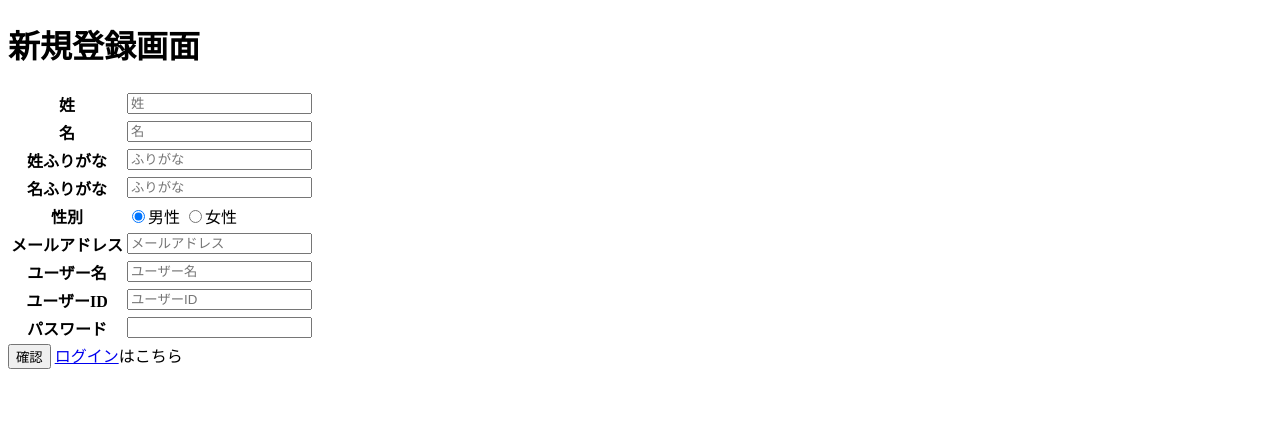
Repository: ryuhei0204/test
Page: http://localhost/Mytest/CreateAction
The author's editor kept a copy of each file at every save. The page is drawn from the files as they stood at one save, then again after the next save.
The browser window is 1280 px wide. The pictures show the whole page.
The page is served by Tomcat 9. Other server files are loaded and not shown.

Above is the page before, as saved 2019-06-28 05:14:59.

### Mytest/WebContent/createUser.jsp
<%@ page language="java" contentType="text/html; charset=UTF-8"
    pageEncoding="UTF-8"%>
<%@ taglib prefix = "s" uri = "/struts-tags" %>
<!DOCTYPE html PUBLIC "-//W3C//DTD HTML 4.01 Transitional//EN" "http://www.w3.org/TR/html4/loose.dtd">
<html>
<head>
<meta http-equiv="Content-Type" content="text/html; charset=UTF-8">
<title>新規登録画面</title>
</head>
<body>
<script src = "./js/button.js"></script>
<h1>新規登録画面</h1>
<s:if test = "!(createError.isEmpty()) && createError != null">
  <s:property value = "createError"/>
</s:if>
<form>
  <table>
     <tr>
        <th>姓</th>
        <td><input type = "text" name = "sei" placeholder = "姓" value = "<s:property value = "sei"/>"/></td>
     </tr>

     <tr>
        <th>名</th>
        <td><input type = "text" name = "mei" placeholder = "名" value = "<s:property value = "mei"/>"/></td>
     </tr>

     <tr>
        <th>姓ふりがな</th>
        <td><input type = "text" name = "seikana" placeholder = "ふりがな" value = "<s:property value = "seikana"/>"/></td>
     </tr>

     <tr>
        <th>名ふりがな</th>
        <td><input type = "text" name = "meikana" placeholder = "ふりがな" value = "<s:property value = "meikana"/>"/></td>
     </tr>

    <tr>
		<th><label>性別</label></th>
			<td>
				<label><input type="radio" name = "seibetu" value = "0"<s:if test = 'seibetu == 0'> checked</s:if>>男性</label>
				<label><input type="radio" name = "seibetu" value = "1"<s:if test = 'seibetu == 1'> checked</s:if>>女性</label>
			</td>
	</tr>

     <tr>
        <th>メールアドレス</th>
        <td><input type = "text" name = "mail" placeholder = "メールアドレス" value = "<s:property value = "mail"/>"/></td>
     </tr>

     <tr>
        <th>ユーザー名</th>
        <td><input type = "text" name = "userName" placeholder = "ユーザー名" value = "<s:property value = "userName"/>"/></td>
     </tr>

     <tr>
        <th>ユーザーID</th>
        <td><input type = "text" name = "userId" placeholder = "ユーザーID" value = "<s:property value = "userId"/>"/></td>
     </tr>

     <tr>
        <th>パスワード</th>
        <td><input type = "password" name = "password" value = ""/></td>
     </tr>
 </table>

       <input type = "button" onclick = "formSubmit(this,CreateConfirmAction)" value = "確認"/>
       <a href = '<s:url action = "LoginAction"/>'>ログイン</a><label>はこちら</label>



</form>
</body>
</html>

### Mytest/WebContent/js/button.js
function formSubmit(element, url){

	element.form.setAttribute('action', url);
	element.form.submit();

}

After the next save:
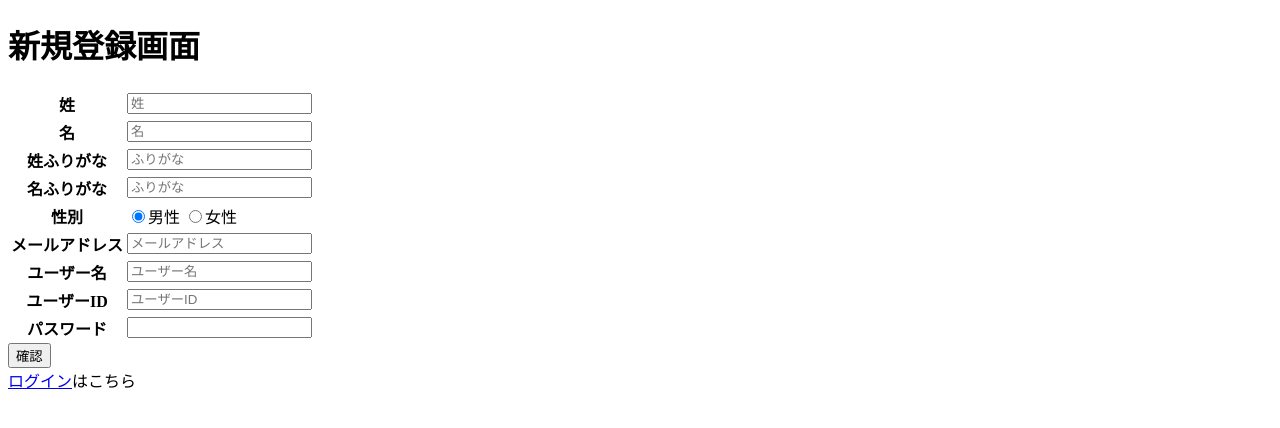
Saved 57 s later.
--- a/Mytest/WebContent/createUser.jsp
+++ b/Mytest/WebContent/createUser.jsp
@@ -64,7 +64,7 @@
      </tr>
  </table>
 
-       <input type = "button" onclick = "formSubmit(this,CreateConfirmAction)" value = "確認"/>
+       <input type = "button" onclick = "formSubmit(this,CreateConfirmAction)" value = "確認"/><br>
        <a href = '<s:url action = "LoginAction"/>'>ログイン</a><label>はこちら</label>
 
 
